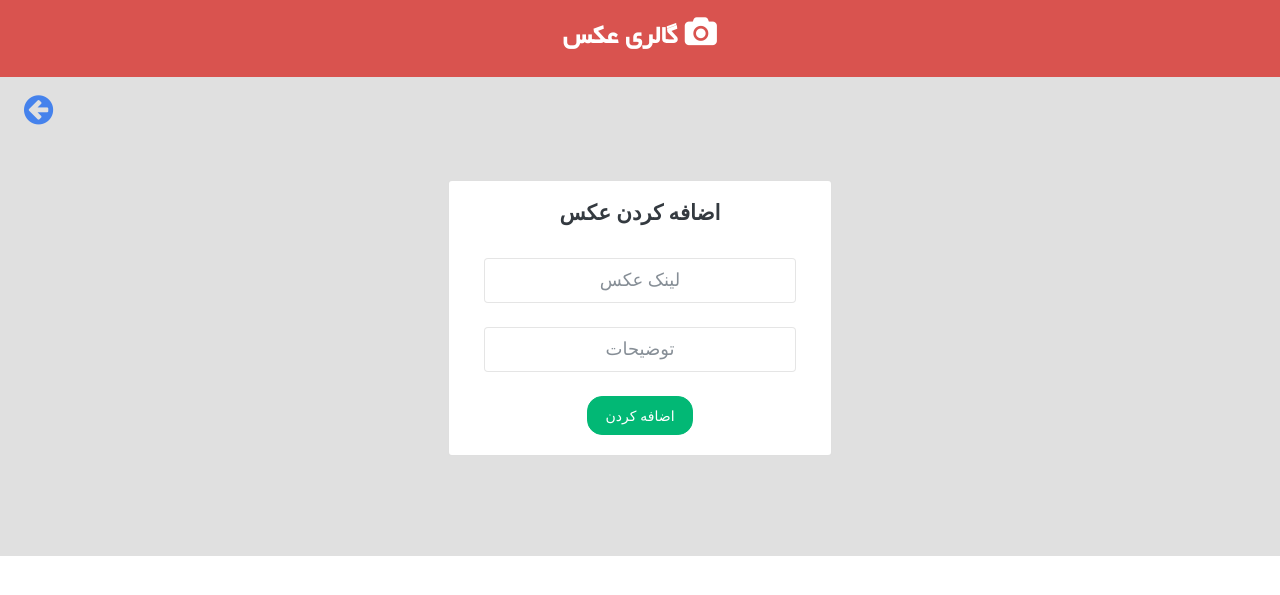
Repository: sadegh1379/PhotoWall-app
Page: /addphoto
An editor plug-in stored every save of this project. The page is shown before and after the next save, followed by the edit.
The browser window is 1280 px wide. The pictures show the whole page.
The project was rebuilt for these pictures with package versions that can differ from the ones it lists, and the page was loaded fresh each time. Also part of the build but not shown: src/Component/Photo.js, src/Component/PhotoWall.js.

Above is the page before, as saved 2020-02-22 13:32:27.

After the next save:
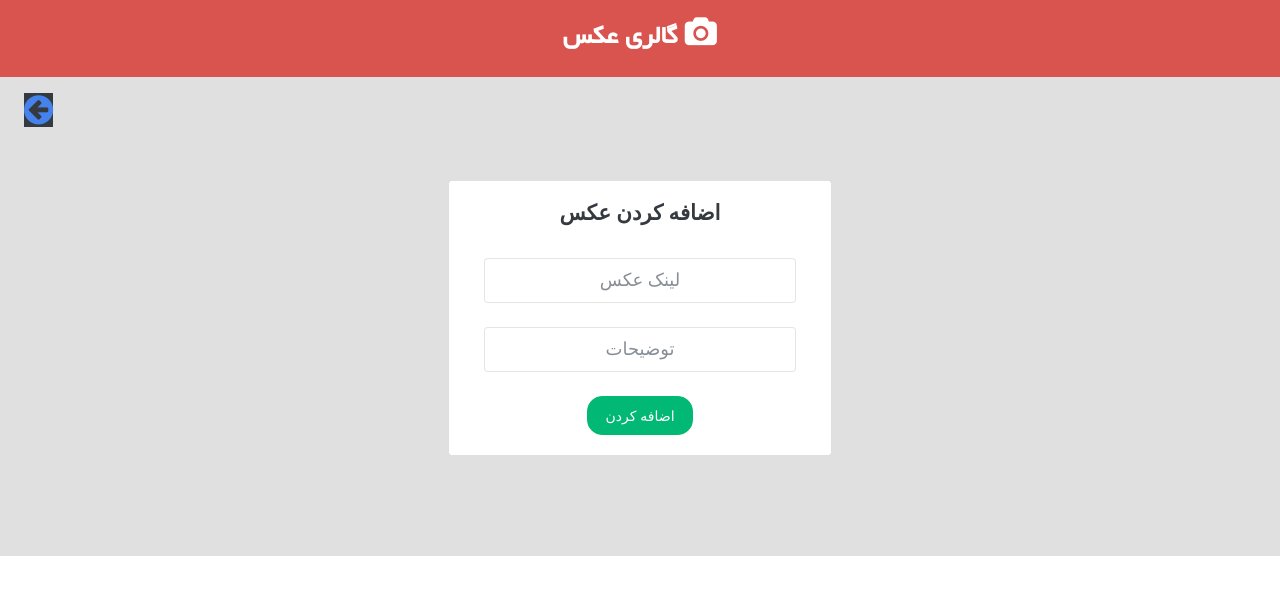
Saved 5 s later.
--- a/src/Component/AddPhoto.js
+++ b/src/Component/AddPhoto.js
@@ -6,7 +6,7 @@
         return (
             <div>
                 <Link to="/">
-                     <i className="fa fa-arrow-circle-left fa-2x mx-4 bg-black" ></i>
+                     <i className="fa fa-arrow-circle-left fa-2x mx-4 bg-dark" ></i>
                 </Link>
 
 

After the save that followed:
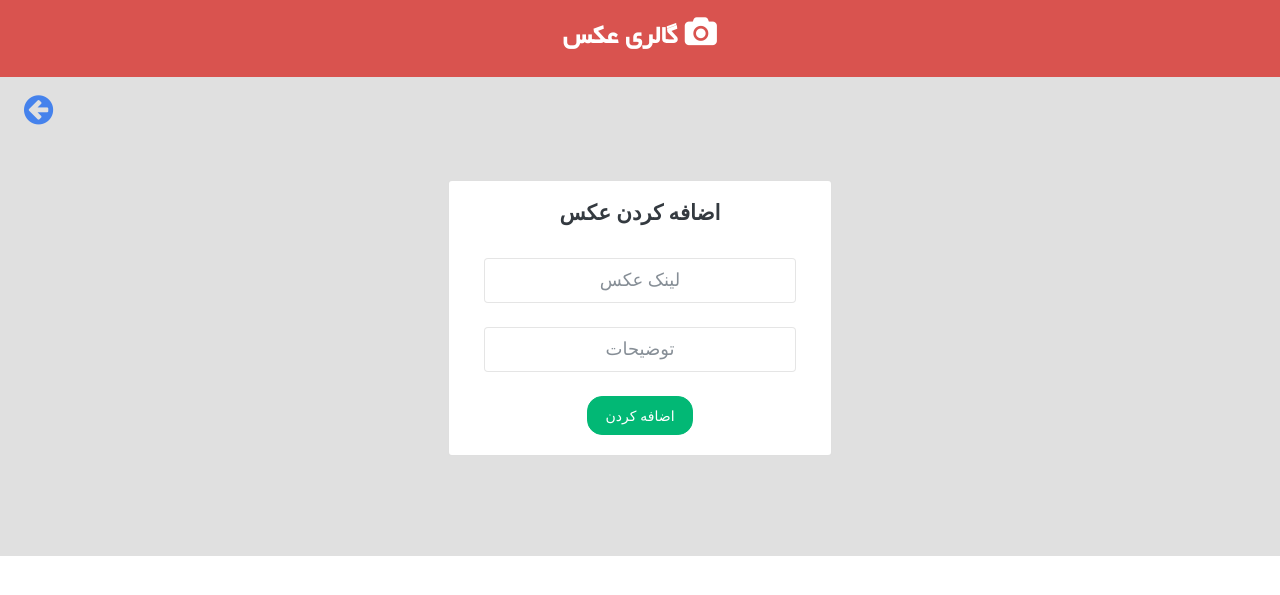
Saved 10 s later.
--- a/src/Component/AddPhoto.js
+++ b/src/Component/AddPhoto.js
@@ -6,7 +6,7 @@
         return (
             <div>
                 <Link to="/">
-                     <i className="fa fa-arrow-circle-left fa-2x mx-4 bg-dark" ></i>
+                     <i className="fa fa-arrow-circle-left fa-2x mx-4 " ></i>
                 </Link>
 
 
